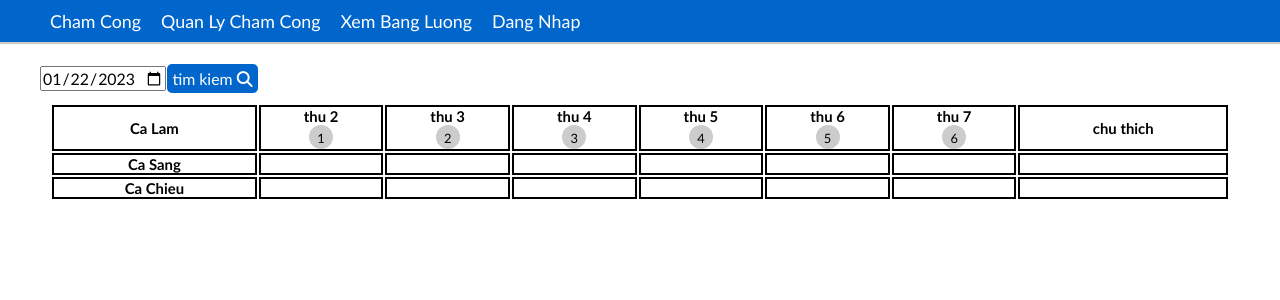
Repository: LDDUNG2003/a
Page: index.html
An editor plug-in stored every save of this project. The page is shown before and after the next save, followed by the edit.
The browser window is 1280 px wide. The pictures show the whole page.
Some web libraries are served in a nearby version.

Above is the page before, as saved 2023-10-14 20:39:14.

### index.html
<!DOCTYPE html>
<html lang="en">

<head>
    <meta charset="UTF-8">
    <meta name="viewport" content="width=device-width, initial-scale=1.0">
    <title>trang chu</title>
    <link rel="stylesheet" href="./controlView/css/base.css">
    <link rel="stylesheet" href="./controlView/css/index.css">
</head>

<body>
    <div class="main">
        <!-- start header -->
        <header class="app__header">
            <nav class="navBar">
                <ul class="navBar-list">
                    <li class="navBar--items"><a href="" class="navbar--link">Cham cong</a></li>
                    <li class="navBar--items"><a href="" class="navbar--link">Quan ly cham cong</a></li>
                    <li class="navBar--items">
                        <a href="" class="navbar--link">Xem bang luong</a></li>
                    <!-- login  -->
                    <li class="navBar--items">
                        <a href="./login.html" class="navbar--link">dang nhap</a></li>
                    <!-- admin menu -->
                    <!-- <li class="navBar--items">
                        admin
                        <ul class="account-list">
                            <li class="account--item"><a href="" class="navbar--link">admin</a></li>
                            <li class="account--item"><a href="" class="navbar--link">quan li nhan su</a></li>
                            <li class="account--item"><a href="" class="navbar--link">dang xuat</a></li>
                        </ul>
                    </li> -->
                    <!-- personnel menu -->
                    <!-- <li class="navBar--items">
                        account name
                        <ul class="account-list">
                            <li class="account--item"><a href="" class="navbar--link">cai dat tai khoan</a></li>
                            <li class="account--item"><a href="" class="navbar--link">dang ki ca lam</a></li>
                            <li class="account--item"><a href="" class="navbar--link">dang xuat</a></li>
                        </ul>
                    </li> -->
                </ul>
            </nav>
        </header>
        <!-- end header -->

        <!-- start content -->
        <div class="app__content">
            <div class="content-date--show">
                <div class="date-show">
                    <input value="2023-01-22" min="2018-01-01" max="2025-10-31" type="date" name="" id="" class="dateSearch--input">
                    <button class="search--btn">tim kiem <i class="fa-solid fa-magnifying-glass" style="color: #ffffff;"></i></button>
                </div>
            </div>
            <table class="content-table">
                <tr class="table--row">
                    <th class="table--item-impotain">Ca Lam</th>
                    <th class="table--item">thu 2
                        <span class="table-date--item">1</span>
                    </th>
                    <th class="table--item">thu 3
                        <span class="table-date--item">2</span>
                    </th>
                    <th class="table--item">thu 4
                        <span class="table-date--item">3</span>
                    </th>
                    <th class="table--item">thu 5
                        <span class="table-date--item">4</span>
                    </th>
                    <th class="table--item">thu 6
                        <span class="table-date--item">5</span>
                    </th>
                    <th class="table--item">thu 7
                        <span class="table-date--item">6</span>
                    </th>
                    <th class="table--item">chu thich</th>
                </tr>
                <tr class="table--row">
                    <th class="table--item-impotain">Ca sang</th>
                    <th class="table--item"></th>
                    <th class="table--item"></th>
                    <th class="table--item"></th>
                    <th class="table--item"></th>
                    <th class="table--item"></th>
                    <th class="table--item"></th>
                    <th class="table--item"></th>
                </tr>
                <tr class="table--row">
                    <th class="table--item-impotain">Ca chieu</th>
                    <th class="table--item"></th>
                    <th class="table--item"></th>
                    <th class="table--item"></th>
                    <th class="table--item"></th>
                    <th class="table--item"></th>
                    <th class="table--item"></th>
                    <th class="table--item"></th>
                </tr>
            </table>
        </div>
        <!-- end content -->
    </div>
    <script src="https://kit.fontawesome.com/9ffed7d99e.js" crossorigin="anonymous"></script>
</body>

</html>

### controlView/css/base.css
:root {
    --primary-color: #0066cc;
    --text-color: #040404;
}

* {
    padding: 0px;
    margin: 0px;
    font-family: 'Trebuchet MS', 'Lucida Sans Unicode', 'Lucida Grande', 'Lucida Sans', Arial, sans-serif;
}

html,
body {
    font-size: 0.62rem;
}

.main {}

.app__header {
    color: #fff;
    width: 100%;
    border-bottom: solid 2px #ccc;
    background-color: var(--primary-color);
}

.navBar {
    width: 100%;
    max-width: 1200px;
    margin: auto;
    cursor: pointer;
}

.navBar-list {
    display: flex;
    list-style: none;
    color: #fff;
}

.navBar--items {
    padding: 10px 10px;
    font-size: 1.8rem;
    position: relative;
    text-transform: capitalize;
}

.navBar--items::after {
    content: '';
    padding-top: 5px;
    top: 80%;
    left: 10px;
    display: none;
    /* width: 0px; */
    background-color: var(--primary-color);
    position: absolute;
    width: 70px;
}

.navBar--items:hover .navBar--items::after {
    display: block;
}

.navbar--link {
    text-decoration: none;
    color: inherit;
}

.account-list {
    position: absolute;
    width: 150px;
    display: none;
    list-style: none;
    padding: 4px;
    color: var(--text-color);
    top: 100%;
    left: 0px;
    box-shadow: #414141;
    background-color: white;
}

.navBar--items:hover .account-list {
    display: block;
}

.account--item {
    padding: 5px 0px;
    border-bottom: solid 1px #ccc;
}

### controlView/css/index.css
.app__content {
    padding-top: 20px;
    width: 100%;
    max-width: 1200px;
    margin: auto;
}

.content-table {
    padding: 10px;
    width: 100%;
    font-size: 1.5rem;
}

.table--row {}

.table--item {
    border: solid 2px #000;
    align-items: center;
}

.table--item-impotain {
    border: solid 2px #000;
    text-transform: capitalize;
}

.table-date--item {
    display: block;
    font-weight: 300;
    background-color: #ccc;
    font-size: 1.3rem;
    width: 14px;
    height: 14px;
    padding: 5px;
    border-radius: 50%;
    margin: auto;
}

.dateSearch--input {
    font-size: 1.6rem;
    /* padding: 5px; */
}

.search--btn {
    color: #fff;
    font-size: 1.6rem;
    background-color: var(--primary-color);
    padding: 5px;
    border: none !important;
    border-radius: 5px;
}

After the next save:
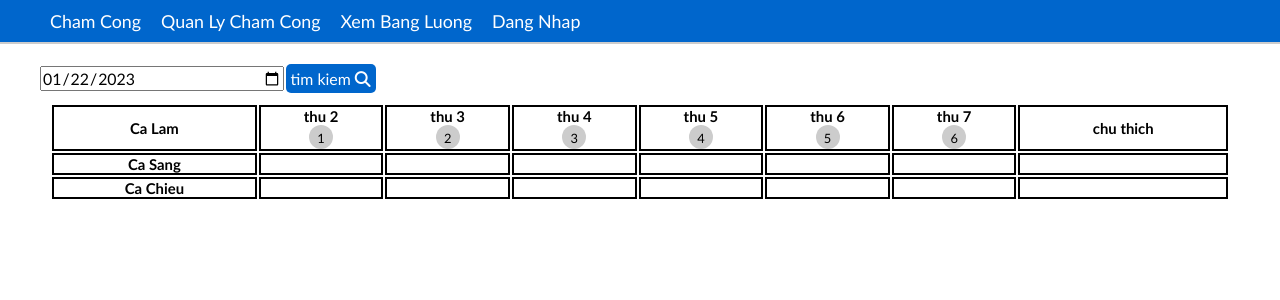
Saved 19 s later.
--- a/controlView/css/index.css
+++ b/controlView/css/index.css
@@ -37,7 +37,7 @@
 
 .dateSearch--input {
     font-size: 1.6rem;
-    /* padding: 5px; */
+    width: 240px;
 }
 
 .search--btn {
